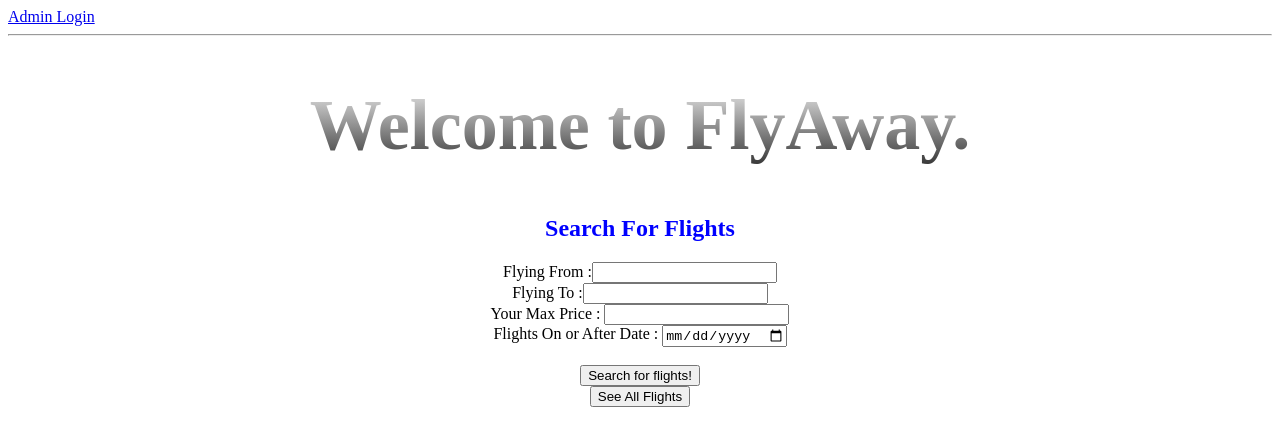
Repository: tuskhillare/FlyAway-1.0-
Page: http://localhost/FlyAway/
An editor plug-in stored every save of this project. The page is shown before and after the next save, followed by the edit.
The browser window is 1280 px wide. The pictures show the whole page.
The page is served by Tomcat 9.

Above is the page before, as saved 2021-10-01 15:23:00.

After the next save:
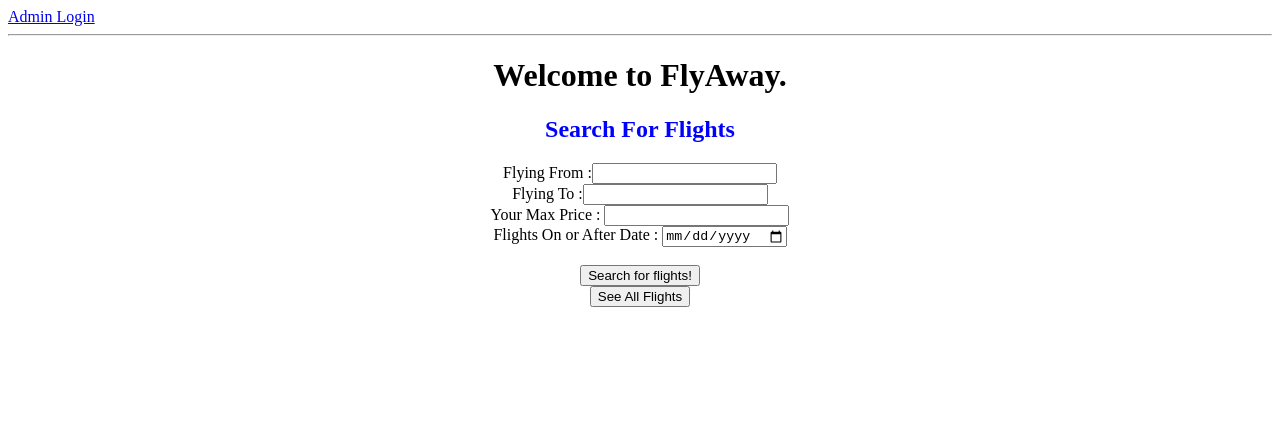
Saved 2 min 31 s later.
--- a/Source Code/FlyAway/src/main/webapp/index.jsp
+++ b/Source Code/FlyAway/src/main/webapp/index.jsp
@@ -2,6 +2,7 @@
 <html>
 <head>
 <style type="text/css">
+//use of CSS //
 h1 {
   font-size: 72px;
   background: -webkit-linear-gradient(#eee, #333);

After the save that followed:
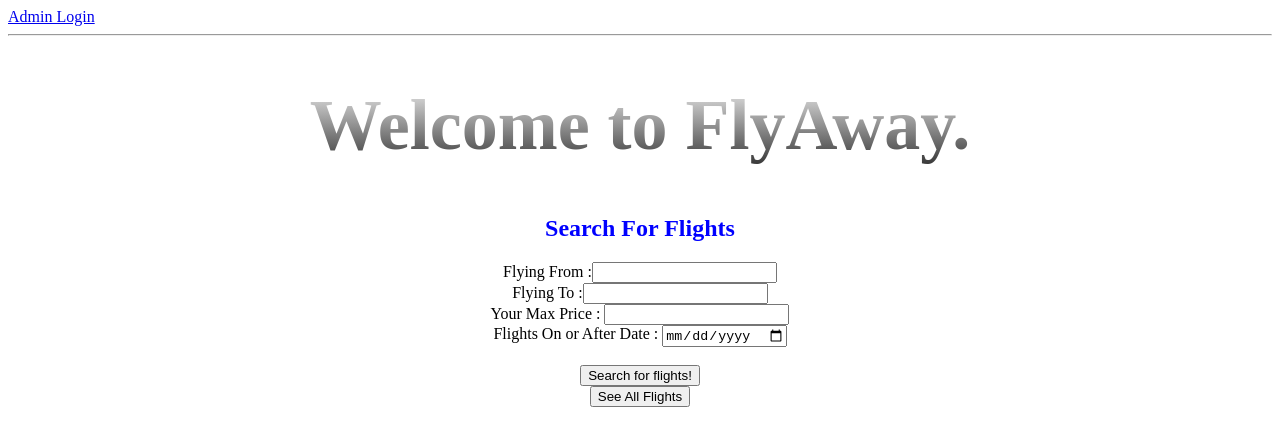
Saved 6 min 19 s later.
--- a/Source Code/FlyAway/src/main/webapp/index.jsp
+++ b/Source Code/FlyAway/src/main/webapp/index.jsp
@@ -2,7 +2,6 @@
 <html>
 <head>
 <style type="text/css">
-//use of CSS //
 h1 {
   font-size: 72px;
   background: -webkit-linear-gradient(#eee, #333);
@@ -12,6 +11,11 @@
 h2 {
 color:blue;
 }
+
+hr.new4 {
+  border: 1px solid grey;
+}
+
 </style>
 <meta charset="UTF-8">
 <title>Welcome To Fly Away Ticket Booking Portal</title>
